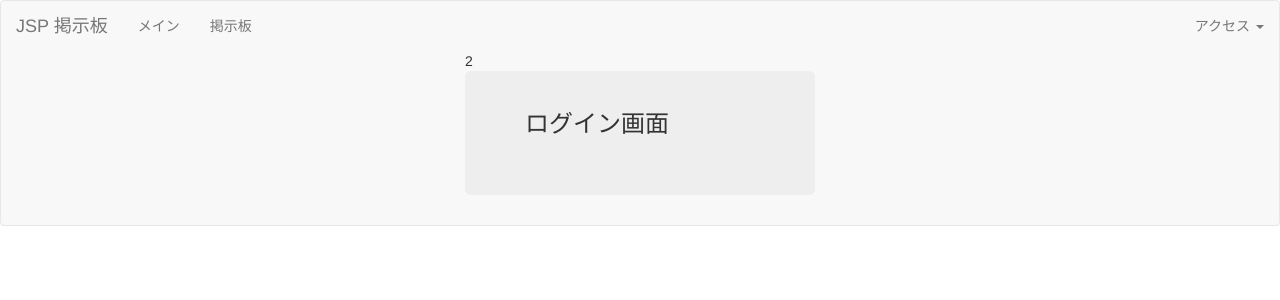
Repository: dengpu/JSP
Page: http://localhost/BBS/login.jsp
The author's editor kept a copy of each file at every save. The page is drawn from the files as they stood at one save, then again after the next save.
The browser window is 1280 px wide. The pictures show the whole page.
Some web libraries are served in a nearby version. The page is served by Tomcat 9.

Above is the page before, as saved 2017-05-15 02:14:16.

After the next save:
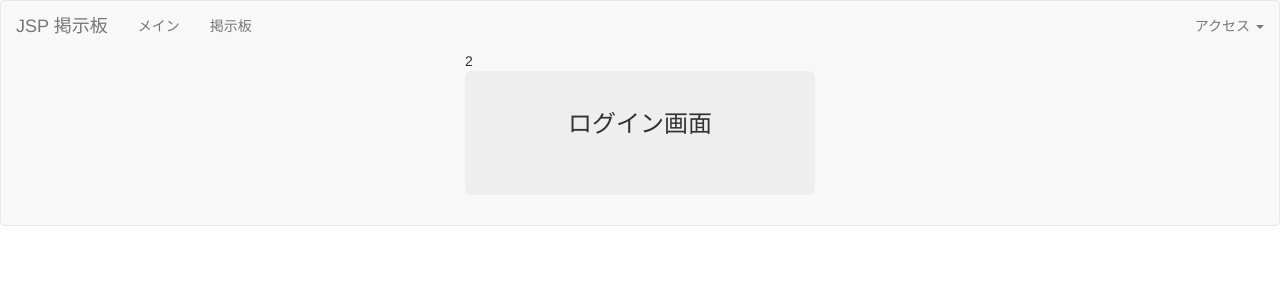
Saved 20 s later.
--- a/BBS/WebContent/login.jsp
+++ b/BBS/WebContent/login.jsp
@@ -46,7 +46,7 @@
 			2
 			<div class="jumbotron" style="padding-top:20px;">
 			<form method="post" action="loginAction.jsp">
-			<h3>ログイン画面</h3>
+			<h3 style="text-align:center">ログイン画面</h3>
 			</form>
 
 			</div>
